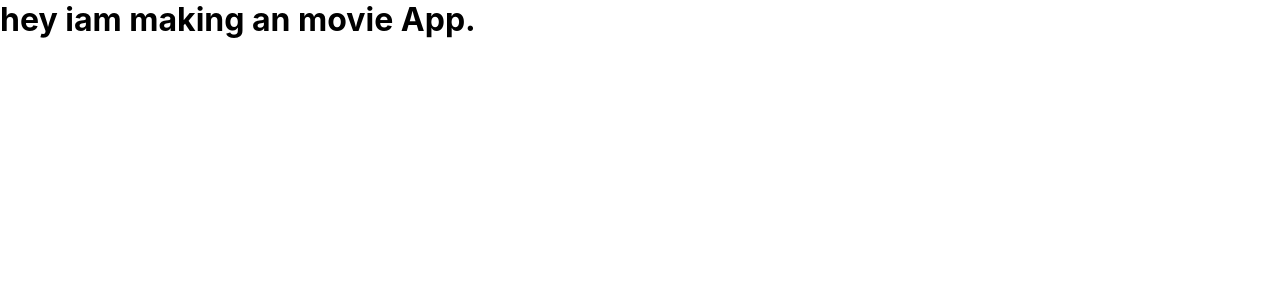
Repository: ramtoppo12/movieApp
Page: /
These files come from the project's save history. The page is drawn as it stood at one moment and after the next save; the edit follows.
The browser window is 1280 px wide. The pictures show the whole page.
The project was rebuilt for these pictures with package versions that can differ from the ones it lists, and the page was loaded fresh each time. Also part of the build but not shown: src/App.css.

Above is the page before, as saved 2020-11-09 17:11:42.

After the next save:
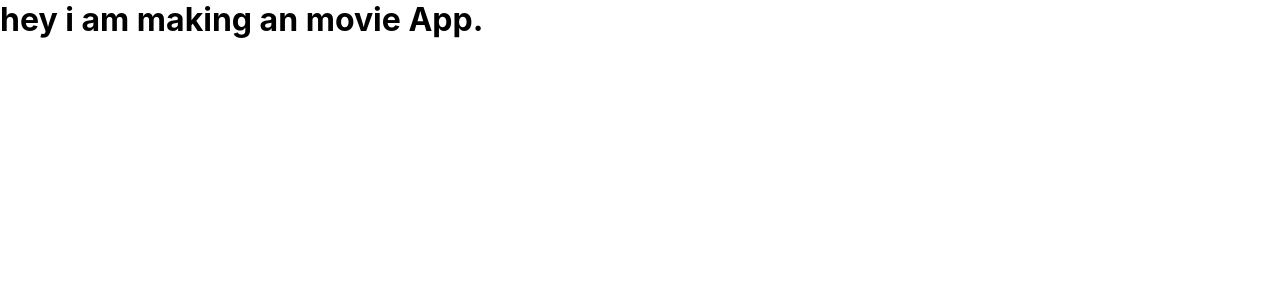
Saved 6 s later.
--- a/src/App.js
+++ b/src/App.js
@@ -4,7 +4,7 @@
   return (
     <div className="App">
       <h1>
-        hey iam making an movie App.
+        hey i am making an movie App.
       </h1>
     </div>
   );
